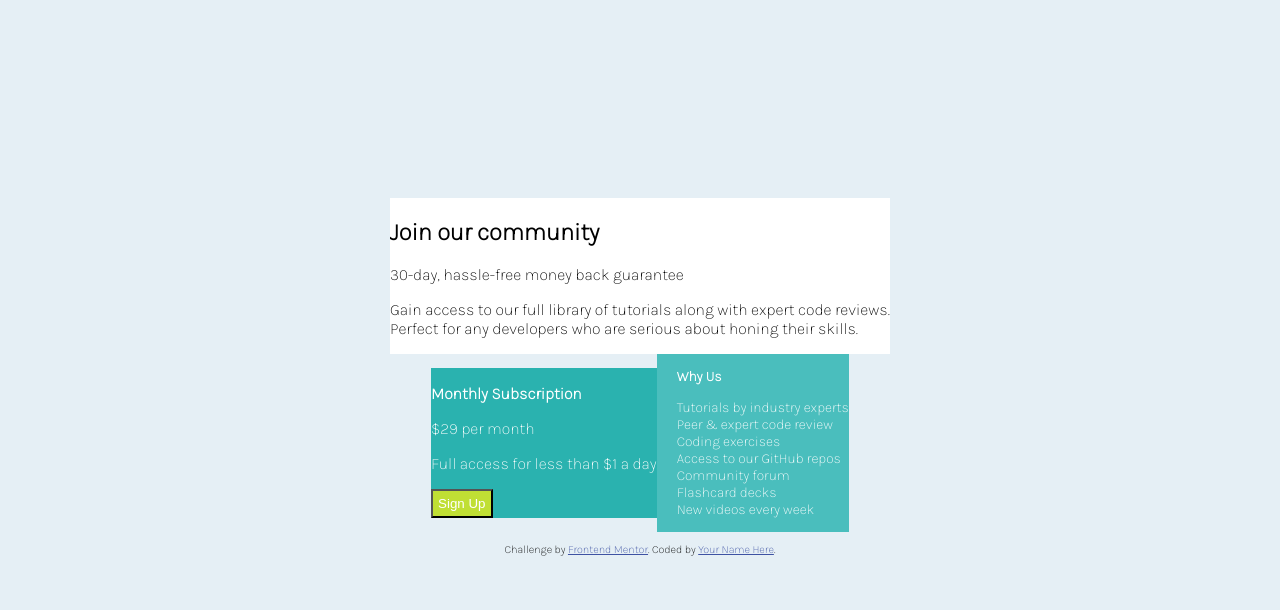
Repository: jminervino/PriceGridComponent
Page: index.html
These files come from the project's save history. The page is drawn as it stood at one moment and after the next save; the edit follows.
The browser window is 1280 px wide. The pictures show the whole page.

Above is the page before, as saved 2022-02-06 01:16:50.

After the next save:
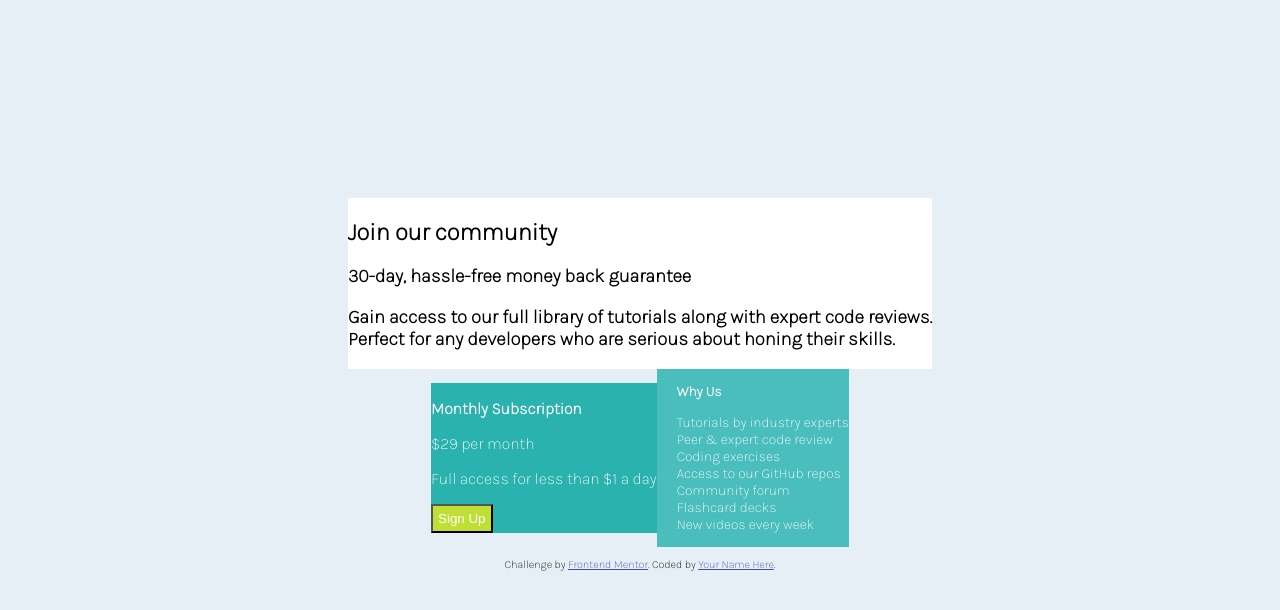
Saved 5 s later.
--- a/index.html
+++ b/index.html
@@ -20,7 +20,7 @@
         <div class="sub-container-one">
             <h2>Join our community</h2>
 
-            <h3">30-day, hassle-free money back guarantee</p>
+            <h3>30-day, hassle-free money back guarantee</p>
 
             <p>
                 Gain access to our full library of tutorials along with expert code reviews. <br>
